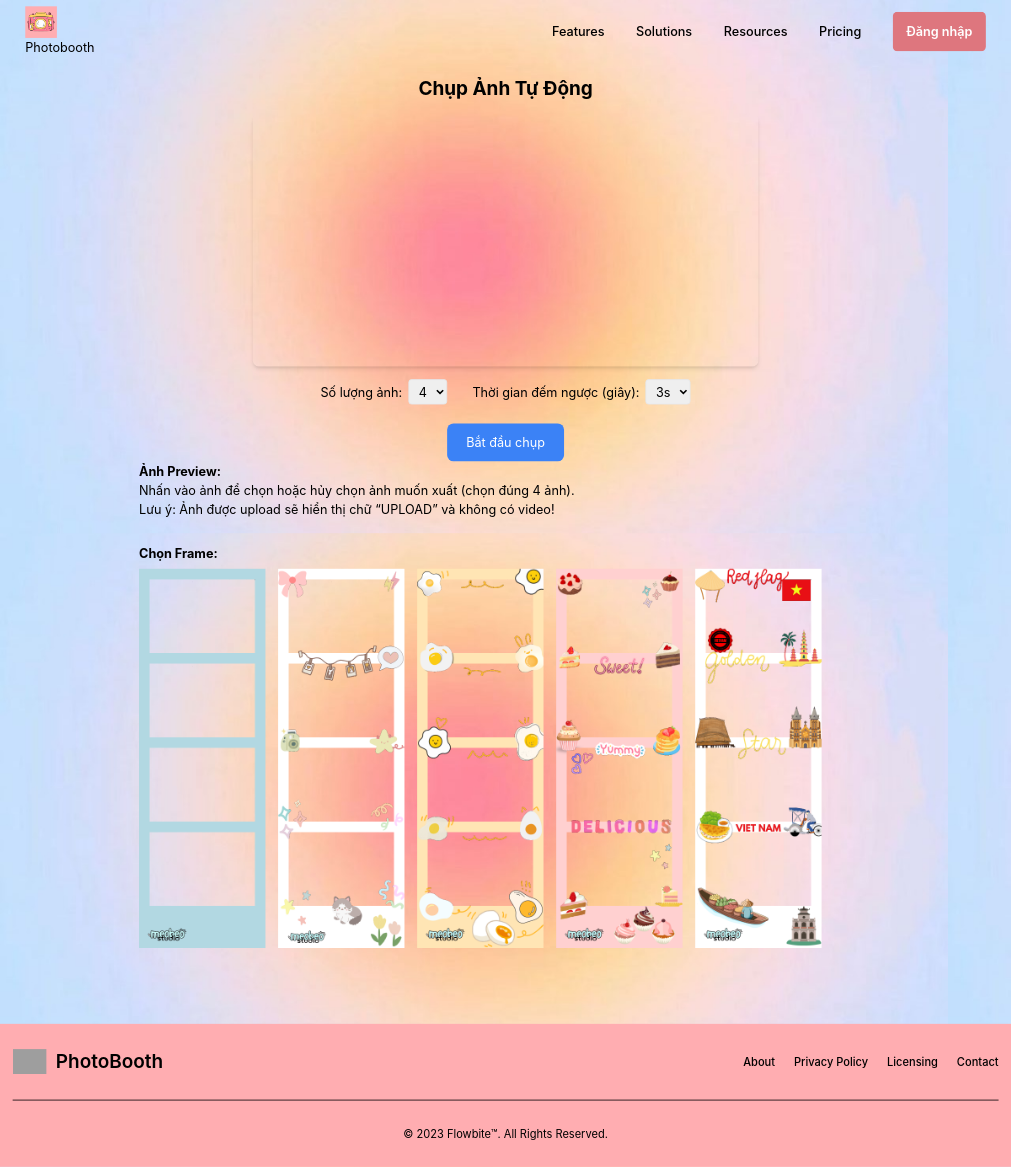
Repository: kontee809/photobooth_app
Page: /camera (app in photobooth-client/)
The author's editor kept a copy of each file at every save. The page is drawn from the files as they stood at one save, then again after a run of saves.
The browser window is 1280 px wide. The pictures show the whole page, at 79% of full size.
Pictures or frames that could not be fetched are drawn as grey boxes. The page's requests for data from a server got no answer. The project was rebuilt for these pictures with package versions that can differ from the ones it lists, and the page was loaded fresh each time. No one was signed in, and anything a server would have sent is missing. Also part of the build but not shown: photobooth-client/src/component/Home.jsx, photobooth-client/src/component/RegisterForm.jsx, photobooth-client/src/component/LoginForm.jsx.

Above is the page before, as saved 2025-05-06 22:27:18.

### photobooth-client/src/App.jsx
import React from 'react';
import { BrowserRouter, Routes, Route } from 'react-router-dom';
import WebcamCapture from './component/Camera';
import Header from './component/Header';
import Home from './component/Home';
import Footer from './component/Footer';
import RegisterForm from './component/RegisterForm';
import LoginForm from './component/LoginForm';
import { AuthProvider } from './Context/AuthContext';  // Import AuthProvider
import backgroundImage from './assets/background.jpg';

export default function App() {
  return (
    <BrowserRouter>
      <AuthProvider> {/* Di chuyển AuthProvider ra ngoài Routes */}
        <div className="backdrop-blur-md min-h-screen" style={{backgroundImage: `url(${backgroundImage})`}}>
          <Header />

          <Routes>
            <Route path="/" element={<Home />} />
            <Route path="/camera" element={<WebcamCapture />} />
            <Route path='/sign-up' element={<RegisterForm />} />
            <Route path='/sign-in' element={<LoginForm />} />
          </Routes>

          <Footer />
        </div>
      </AuthProvider>
    </BrowserRouter>
  );
}

### photobooth-client/src/Context/AuthContext.jsx
import React, { createContext, useState, useEffect } from 'react';
import { useNavigate } from 'react-router-dom';
import { registerUser , loginUser } from '../api';

const AuthContext = createContext({});

const AuthProvider = ({ children }) => {
    const [token, setToken] = useState(localStorage.getItem('token'));
    const [user, setUser] = useState(null);
    const navigate = useNavigate();

    // useEffect(() => {
    //     if (token) {
    //         const getUser = async () => {
    //             const user = await fetchUserProfile(token);
    //             setUser(user);
    //         };
    //         getUser();
    //     }
    // }, [token]);
     const login = async (email, password) => {
    try {
        const response = await loginUser({ email, password });
        if (response?.access_token) {
            setToken(response.access_token);
            // Lưu token vào localStorage để sử dụng cho các lần truy cập sau
            localStorage.setItem('token', response.access_token);

            // // Lấy thông tin người dùng sau khi đăng nhập thành công
            // const userResponse = await fetchUserProfile(response.access_token);
            // setUser(userResponse);  // Cập nhật thông tin người dùng

            // Điều hướng đến trang profile
            navigate('/camera');
        }
    } catch (error) {
        console.error("Login error:", error);
        // Bạn có thể xử lý thêm các lỗi ở đây, chẳng hạn như thông báo lỗi đăng nhập
    }
};


    const register = async (user_name, email, password) => {
        // console.log({ "username": user_name, "email": email, "password": password  });
        await registerUser({ user_name, email, password });
        console.log({ user_name, email, password });
        navigate('/sign-in');  // Đảm bảo đường dẫn đúng là '/sign-up'
    };
    const logout = () => {
        setToken(null);
        setUser(null);
        localStorage.removeItem("token");
        navigate("/login");
};
    return (
        <AuthContext.Provider value={{ register, login, logout, user, setUser, token, setToken }}>
            {children}
        </AuthContext.Provider>
    );

}

export { AuthProvider, AuthContext };

### photobooth-client/src/component/Camera.jsx
import React, { useRef, useState } from 'react';
import Webcam from 'react-webcam';

import basicFrame from '../assets/basic-5.png'; // Import ảnh vào
import cute1Frame from '../assets/cute-1.png'; // Import ảnh vào
import cute5Frame from '../assets/cute-5.png'; // Import ảnh vào
import cute7Frame from '../assets/cute-7.png';
import vietnamFrame from '../assets/vietnam-1.png'; // Import ảnh vào

const WebcamCapture = () => {
  const webcamRef = useRef(null);
  const [countdown, setCountdown] = useState(0);
  const [numPhotos, setNumPhotos] = useState(4);
  const [delay, setDelay] = useState(3);
  const [photos, setPhotos] = useState([]);
  const [isCapturing, setIsCapturing] = useState(false);
  const [selectedPhotos, setSelectedPhotos] = useState([]);
  const [selectedFrame, setSelectedFrame] = useState(null);
  const [mergedImage, setMergedImage] = useState(null);

  const videoConstraints = {
    width: 640,
    height: 480,
    facingMode: 'user'
  };

  const capturePhotos = async () => {
    if (!webcamRef.current) return;
    setPhotos([]);
    setSelectedPhotos([]);
    setMergedImage(null);
    setIsCapturing(true);

    for (let i = 0; i < numPhotos; i++) {
      await startCountdown(delay);

      const imageSrc = webcamRef.current.getScreenshot();
      if (imageSrc) {
        setPhotos(prev => [...prev, imageSrc]);
      }
    }

    setIsCapturing(false);
  };

  const startCountdown = (seconds) => {
    return new Promise((resolve) => {
      let counter = seconds;
      setCountdown(counter);

      const interval = setInterval(() => {
        counter -= 1;
        setCountdown(counter);

        if (counter === 0) {
          clearInterval(interval);
          setCountdown(0);
          resolve();
        }
      }, 1000);
    });
  };

  const togglePhotoSelect = (photo) => {
    setSelectedPhotos(prev => {
      if (prev.includes(photo)) {
        return prev.filter(p => p !== photo);
      } else {
        if (prev.length < 4) {
          return [...prev, photo];
        } else {
          alert("Bạn chỉ được chọn tối đa 4 ảnh!");
          return prev;
        }
      }
    });
  };

  const mergePhotosWithFrame = async () => {
    if (!selectedFrame) return;

    const canvas = document.createElement('canvas');
    const ctx = canvas.getContext('2d');

    if (!ctx) return;

    const frameWidth = 250;
    const frameHeight = 800;
    canvas.width = frameWidth;
    canvas.height = frameHeight;

    // Fill nền trắng trước
    ctx.fillStyle = "white";
    ctx.fillRect(0, 0, frameWidth, frameHeight);

    const frameImg = new Image();
    frameImg.crossOrigin = "anonymous";
    frameImg.src = selectedFrame;

    // Load tất cả ảnh user chọn
    const loadImages = selectedPhotos.map(src => {
      return new Promise((resolve) => {
        const img = new Image();
        img.crossOrigin = "anonymous";
        img.src = src;
        img.onload = () => resolve(img);
      });
    });

    const loadedPhotos = await Promise.all(loadImages);

    // Vị trí và kích thước ảnh
    const photoPositions = [
      { x: 21, y: 20, width: 208, height: 158 },  // Ảnh 1
      { x: 21, y: 200, width: 208, height: 158 }, // Ảnh 2
      { x: 21, y: 378, width: 208, height: 158 }, // Ảnh 3
      { x: 21, y: 555, width: 208, height: 158 }, // Ảnh 4
    ];

    // Vẽ từng ảnh vào đúng vị trí
    loadedPhotos.forEach((img, index) => {
      const pos = photoPositions[index];
      ctx.drawImage(img, pos.x, pos.y, pos.width, pos.height);
    });

    // Khi Frame load xong thì vẽ Frame lên cuối cùng
    frameImg.onload = () => {
      ctx.drawImage(frameImg, 0, 0, frameWidth, frameHeight);
      const merged = canvas.toDataURL('image/jpeg');
      setMergedImage(merged);
    };
  };


  return (
    <div className="text-center p-4">
      <h2 className="text-2xl font-bold mb-4">Chụp Ảnh Tự Động</h2>

      <Webcam
        audio={false}
        height={480}
        ref={webcamRef}
        screenshotFormat="image/jpeg"
        width={640}
        videoConstraints={videoConstraints}
        className="rounded-lg shadow-md mx-auto"
      />

      {countdown > 0 && (
        <div className="text-4xl font-bold mt-4 text-red-500">{countdown}</div>
      )}

      <div className="mt-4">
        <label className="mr-2">Số lượng ảnh:</label>
        <select
          value={numPhotos}
          onChange={(e) => setNumPhotos(parseInt(e.target.value))}
          className="border rounded px-2 py-1 mr-4"
        >
          <option value={2}>2</option>
          <option value={4}>4</option>
          <option value={6}>6</option>
        </select>

        <label className="mr-2 ml-4">Thời gian đếm ngược (giây):</label>
        <select
          value={delay}
          onChange={(e) => setDelay(parseInt(e.target.value))}
          className="border rounded px-2 py-1"
        >
          <option value={1}>1s</option>
          <option value={3}>3s</option>
          <option value={5}>5s</option>
        </select>
      </div>

      <button
        onClick={capturePhotos}
        className={`mt-6 px-6 py-3 rounded-lg text-white ${isCapturing ? 'bg-gray-400' : 'bg-blue-500 hover:bg-blue-600'}`}
        disabled={isCapturing}
      >
        {isCapturing ? "Đang chụp..." : "Bắt đầu chụp"}
      </button>

      <div className='ml-40 text-left'>
        <div>
          <b>Ảnh Preview:</b>
          <p>Nhấn vào ảnh để chọn hoặc hủy chọn ảnh muốn xuất (chọn đúng 4 ảnh).</p>
          <p>Lưu ý: Ảnh được upload sẽ hiển thị chữ “UPLOAD” và không có video!</p>
        </div>

        {photos.length > 0 && (
          <div className="mt-8 grid grid-cols-2 md:grid-cols-8 gap-2">
            {photos.map((photo, idx) => {
              const isSelected = selectedPhotos.includes(photo);
              return (
                <div key={idx}>
                  <img
                    src={photo}
                    alt={`Photo ${idx + 1}`}
                    className={`object-cover h-40 cursor-pointer hover:opacity-75 border-4 ${isSelected ? 'border-blue-500' : 'border-transparent'}`}
                    onClick={() => togglePhotoSelect(photo)}
                  />
                </div>
              );
            })}
          </div>
        )}

        <div className="mt-8">
          <b>Chọn Frame:</b>
          <div className="flex gap-4 mt-2">
            <img
              src={basicFrame}
              alt="Frame"
              className={`w-40 h-full object-cover cursor-pointer ${selectedFrame === basicFrame ? 'border-4 border-green-500' : 'border-transparent'}`}
              onClick={() => setSelectedFrame(basicFrame)}
              onError={(e) => console.error('Error loading image:', e.target.src)}
            />

            <img
              src={cute1Frame}
              alt="Frame"
              className={`w-40 h-full object-cover cursor-pointer ${selectedFrame === cute1Frame ? 'border-4 border-green-500' : 'border-transparent'}`}
              onClick={() => setSelectedFrame(cute1Frame)}
              onError={(e) => console.error('Error loading image:', e.target.src)}
            />

            <img
              src={cute5Frame}
              alt="Frame"
              className={`w-40 h-full object-cover cursor-pointer ${selectedFrame === cute5Frame ? 'border-4 border-green-500' : 'border-transparent'}`}
              onClick={() => setSelectedFrame(cute5Frame)}
              onError={(e) => console.error('Error loading image:', e.target.src)}
            />


            <img
              src={cute7Frame}
              alt="Frame"
              className={`w-40 h-full object-cover cursor-pointer ${selectedFrame === cute7Frame ? 'border-4 border-green-500' : 'border-transparent'}`}
              onClick={() => setSelectedFrame(cute7Frame)}
              onError={(e) => console.error('Error loading image:', e.target.src)}
            />

            <img
              src={vietnamFrame}
              alt="Frame"
              className={`w-40 h-full object-cover cursor-pointer ${selectedFrame === vietnamFrame ? 'border-4 border-green-500' : 'border-transparent'}`}
              onClick={() => setSelectedFrame(vietnamFrame)}
              onError={(e) => console.error('Error loading image:', e.target.src)}
            />
            {/* Bạn có thể thêm nhiều frame khác ở đây */}
          </div>
        </div>

        {selectedPhotos.length === 4 && selectedFrame && (
          <button
            onClick={mergePhotosWithFrame}
            className="mt-6 px-6 py-3 rounded-lg text-white bg-green-500 hover:bg-green-600"
          >
            Ghép ảnh
          </button>
        )}
      </div>

      {mergedImage && (
          <div className="mt-8">
            <h2 className="text-2xl font-bold mb-4">Ảnh đã ghép:</h2>
            <img src={mergedImage} alt="Merged" className="mx-auto rounded-lg shadow-lg" />
            <a
              href={mergedImage}
              download="photo-merged.jpg"
              className="block mt-4 text-white bg-blue-500 hover:bg-blue-600 px-4 py-2 rounded"
            >
              Tải về
            </a>
          </div>
        )}

    </div>
  );
};

export default WebcamCapture;

### photobooth-client/src/component/Header.jsx
import React from 'react'
import cameraIcon from '../assets/camera-icon.png';
import { useContext } from 'react';
import { AuthContext } from '../Context/AuthContext';

export default function Header() {
    const { token, logout } = useContext(AuthContext);
  return (
   <header class="pb-6 lg:pb-0">
    <div class="px-4 mx-auto max-w-7xl sm:px-6 lg:px-8">
        {/* <!-- lg+ --> */}
        <nav class="flex items-center justify-between h-16 lg:h-20">
            <div class="flex-shrink-0">
                <a href="/" title="" class="flex">
                    <img class="w-auto h-12 lg:h-10" src={cameraIcon} alt="" />
                </a>
                <h2 className=''>Photobooth</h2>
            </div>

            <button type="button" class="inline-flex p-2 text-black transition-all duration-200 rounded-md lg:hidden focus:bg-gray-100 hover:bg-gray-100">
                {/* <!-- Menu open: "hidden", Menu closed: "block" --> */}
                <svg class="block w-6 h-6" xmlns="http://www.w3.org/2000/svg" fill="none" viewBox="0 0 24 24" stroke="currentColor">
                    <path stroke-linecap="round" stroke-linejoin="round" stroke-width="2" d="M4 8h16M4 16h16" />
                </svg>

                {/* <!-- Menu open: "block", Menu closed: "hidden" --> */}
                <svg class="hidden w-6 h-6" xmlns="http://www.w3.org/2000/svg" fill="none" viewBox="0 0 24 24" stroke="currentColor">
                    <path stroke-linecap="round" stroke-linejoin="round" stroke-width="2" d="M6 18L18 6M6 6l12 12" />
                </svg>
            </button>

            <div class="hidden lg:flex lg:items-center lg:ml-auto lg:space-x-10">
                <a href="#" title="" class="text-base font-medium text-black transition-all duration-200 hover:text-[#c63e81] focus:text-[#c63e81]"> Features </a>

                <a href="#" title="" class="text-base font-medium text-black transition-all duration-200 hover:text-[#c63e81] focus:text-[#c63e81]"> Solutions </a>

                <a href="#" title="" class="text-base font-medium text-black transition-all duration-200 hover:text-[#c63e81] focus:text-[#c63e81]"> Resources </a>

                <a href="#" title="" class="text-base font-medium text-black transition-all duration-200 hover:text-[#c63e81] focus:text-[#c63e81]"> Pricing </a>
            </div>
            {
                token?(
                    <button  onClick={logout} title="" class="items-center justify-center hidden px-4 py-3 ml-10 text-base font-semibold text-white transition-all duration-200 bg-[#de767e] border border-transparent rounded-md lg:inline-flex hover:bg-[#c63e81] focus:bg-[#c63e81]" role="button"> Đăng xuất </button>

                ) : (
                    <a href="/sign-in" title="" class="items-center justify-center hidden px-4 py-3 ml-10 text-base font-semibold text-white transition-all duration-200 bg-[#de767e] border border-transparent rounded-md lg:inline-flex hover:bg-[#c63e81] focus:bg-[#c63e81]" role="button"> Đăng nhập </a>

                )
            }
        </nav>
    </div>
</header>
  )
}

### photobooth-client/src/component/Footer.jsx
import React from 'react'

export default function() {
  return (


<footer class="bg-[#ffadb1] mt-20">
    <div class="w-full max-w-screen-xl mx-auto p-4 md:py-8">
        <div class="sm:flex sm:items-center sm:justify-between">
            <a href="https://flowbite.com/" class="flex items-center mb-4 sm:mb-0 space-x-3 rtl:space-x-reverse">
                <img src="https://flowbite.com/docs/images/logo.svg" class="h-8" alt="Flowbite Logo" />
                <span class="self-center text-2xl font-semibold whitespace-nowrap dark:text-white">PhotoBooth</span>
            </a>
            <ul class="flex flex-wrap items-center mb-6 text-sm font-medium text-black sm:mb-0 dark:text-black">
                <li>
                    <a href="#" class="hover:underline hover:text-[#c63e81] focus:text-[#c63e81] me-4 md:me-6">About</a>
                </li>
                <li>
                    <a href="#" class="hover:underline hover:text-[#c63e81] focus:text-[#c63e81] me-4 md:me-6">Privacy Policy</a>
                </li>
                <li>
                    <a href="#" class="hover:underline hover:text-[#c63e81] focus:text-[#c63e81] me-4 md:me-6">Licensing</a>
                </li>
                <li>
                    <a href="#" class="hover:underline hover:text-[#c63e81] focus:text-[#c63e81]">Contact</a>
                </li>
            </ul>
        </div>
        <hr class="my-6 border-black sm:mx-auto bg-[#ffadb1]/60 lg:my-8" />
        <span class="block text-sm text-black sm:text-center dark:text-black">© 2023 <a href="https://flowbite.com/" class="hover:underline">Flowbite™</a>. All Rights Reserved.</span>
    </div>
</footer>


  )
}

### photobooth-client/src/api.js
import React from "react";
import axios from "axios";

const API_URL = "http://127.0.0.1:5000";


const loginUser = async (credentials) => {
  try {
    const response = await axios.post(`${API_URL}/login`, credentials, {
      headers: {
        "Content-Type": "application/json",
      },
    });
    // // Lưu token vào localStorage (hoặc nơi bạn quản lý auth)
    // const { token } = response.data;
    // localStorage.setItem("token", token);

    return response.data;
  } catch (error) {
    console.error("Login error:", error);
    throw error;
  }
};

const registerUser = async (userData) => {
  // console.log(userData);

  try {
    await axios.post(`${API_URL}/register`, userData, {
      headers: {
        "Content-Type": "application/json",
      },
    });
  } catch (error) {
    console.error("Registration error:", error);
    throw error;
  }
};

export { registerUser , loginUser };

Loaded but not shown: photobooth-client/public/index.html (common file); photobooth-client/src/index.js (common file); photobooth-client/src/index.css (common file); photobooth-client/tailwind.config.js (common file)

After the next 2 saves:
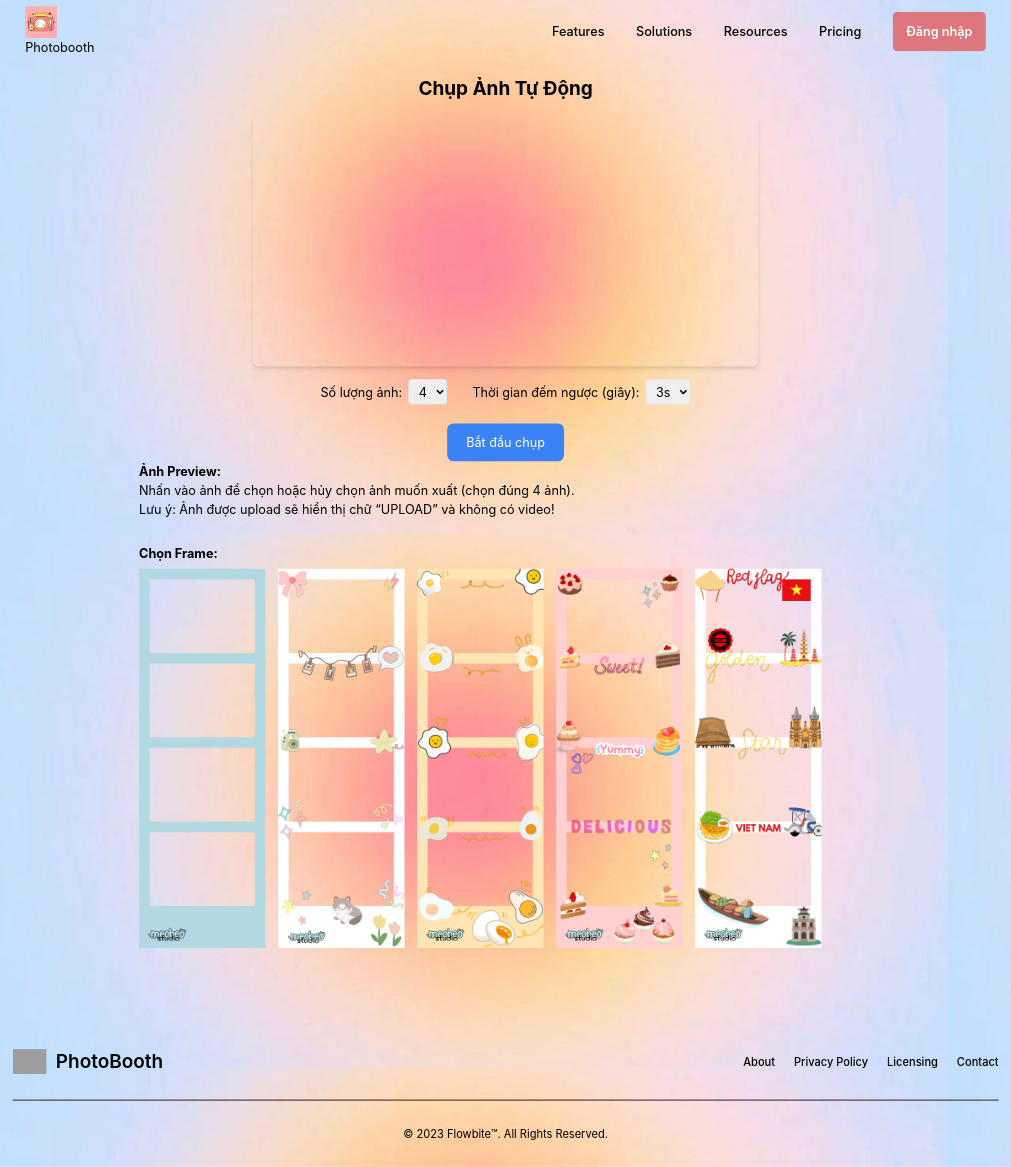
The 2 saves are shown as one change because 1 did not build or start.
The last was saved 70 s later.
--- a/photobooth-client/src/component/Footer.jsx
+++ b/photobooth-client/src/component/Footer.jsx
@@ -4,7 +4,7 @@ export default function() {
   return (
 
 
-<footer class="bg-[#ffadb1] mt-20">
+<footer class="mt-20">
     <div class="w-full max-w-screen-xl mx-auto p-4 md:py-8">
         <div class="sm:flex sm:items-center sm:justify-between">
             <a href="https://flowbite.com/" class="flex items-center mb-4 sm:mb-0 space-x-3 rtl:space-x-reverse">
